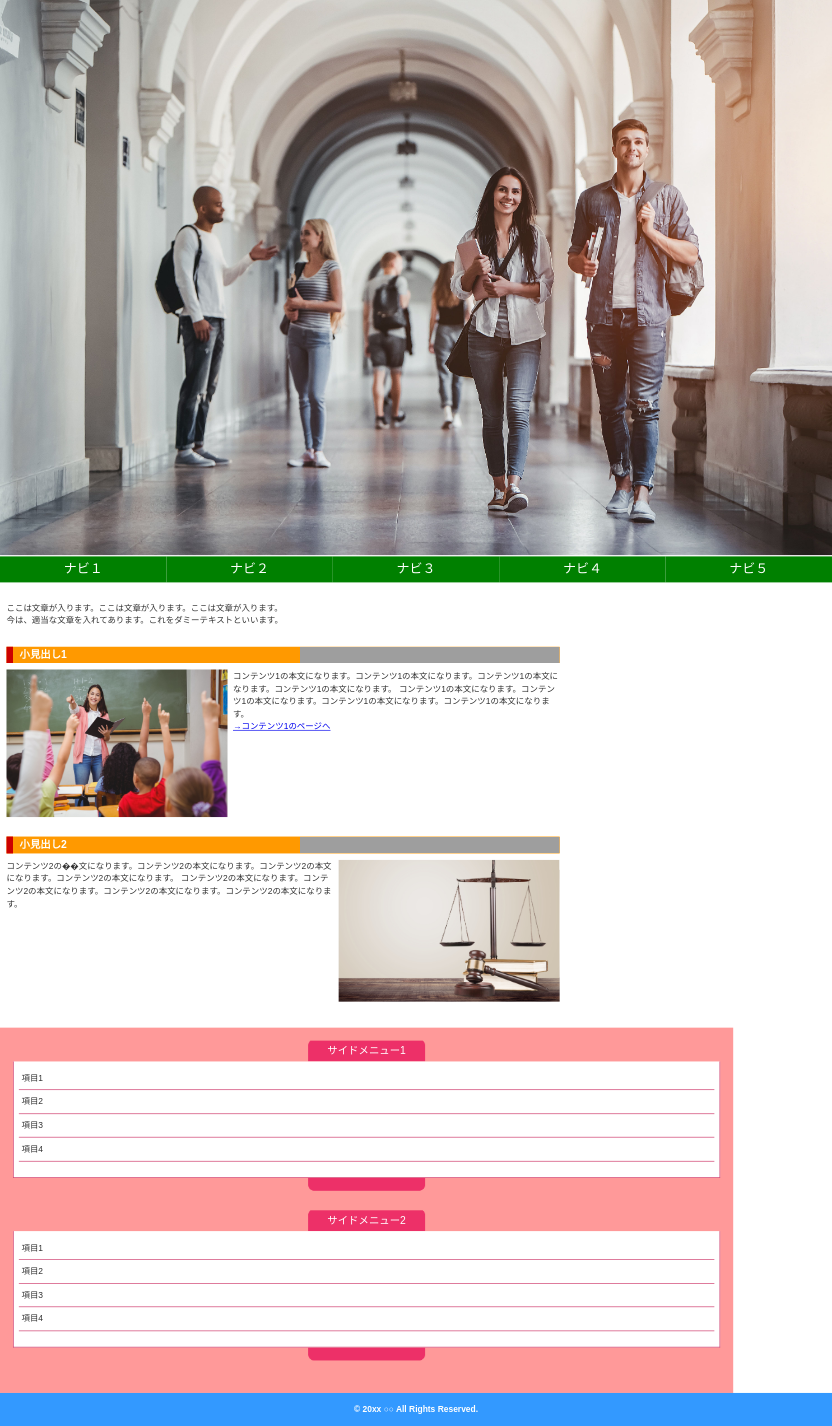
Repository: dontakumi1214/samurai_HTML-CSS
Page: home.html
The author's editor kept a record of every edit. The page is drawn from the files as they stood at one moment, then again after the next edit.
The browser window is 1280 px wide. The pictures show the whole page, at 65% of full size.
Pictures or frames that could not be fetched are drawn as grey boxes.

Above is the page before.

### home.html
<!DOCTYPE html>
<html lang="ja">
    <head>
        <meta charset="UTF-8">
        <title>HTML/CSSの学習</title>
        <link rel="stylesheet" href="stylesheet.css">
    </head>
    <body>
        <div id="header">
            <h1><a href="index.html"><img id="corridor" src="images/corridor.jpg" alt="大学の廊下" /></a></h1>
        </div>
        <div id="wrapper">
            <div id="nav">
                <ul>
                    <li><a href="home.html">ナビ１</a></li>
                    <li><a href="#">ナビ２</a></li>
                    <li><a href="#">ナビ３</a></li>
                    <li><a href="#">ナビ４</a></li>
                    <li><a href="#">ナビ５</a></li>
                </ul>
            </div>
              <div id="container">
                <div id="main">
                    <div class="post">
                        <p>ここは文章が入ります。ここは文章が入ります。ここは文章が入ります。<br />今は、適当な文章を入れてあります。これをダミーテキストといいます。</p>
                    </div>
                    <div class="post clearfix">
                        <h2>小見出し1</h2>
                        <img class="left" src="images/classroom.jpeg" alt="授業風景" />
                        <p>
                            コンテンツ1の本文になります。コンテンツ1の本文になります。コンテンツ1の本文になります。コンテンツ1の本文になります。
                            コンテンツ1の本文になります。コンテンツ1の本文になります。コンテンツ1の本文になります。コンテンツ1の本文になります。
                        </p>
                        <p><a href="#">→コンテンツ1のページへ</a></p>
                    </div>
                    <div class="post clearfix">
                        <h2>小見出し2</h2>
                        <img class="right" src="images/scale.jpg" alt="天秤" />
                        <p>
                            コンテンツ2の��文になります。コンテンツ2の本文になります。コンテンツ2の本文になります。コンテンツ2の本文になります。
                            コンテンツ2の本文になります。コンテンツ2の本文になります。コンテンツ2の本文になります。コンテンツ2の本文になります。
                        </p>
                    </div>
                </div>
            </div>
              <div id="side">
                <div class="box">
                    <h2>サイドメニュー1</h2>
                    <div class="boxBody">
                        <ul>
                            <li>項目1</li>
                            <li>項目2</li>
                            <li>項目3</li>
                            <li>項目4</li>
                        </ul>
                    </div>
                </div>
                <div class="box">
                    <h2>サイドメニュー2</h2>
                    <div class="boxBody">
                        <ul>
                            <li>項目1</li>
                            <li>項目2</li>
                            <li>項目3</li>
                            <li>項目4</li>
                        </ul>
                    </div>
                </div>
            </div>
        </div>
          <div id="footer">
              <p>&copy; 20xx ○○ All Rights Reserved.</p>
          </div>
    </body>
</html>

### stylesheet.css
@charset "utf-8";

body {
	margin: 0;
	padding: 0;
	font-family: "ヒラギノ角ゴ Pro W3", "Hiragino Kaku Gothic Pro", "メイリオ", Meiryo, Osaka, "ＭＳ Ｐゴシック", "MS PGothic", sans-serif;
	color: #333;
	font-size: 13px;
	line-height: 150%;
}

/* -------------------- wrapper -------------------- */
#wrapper {
	width: 100%;
	margin: auto;
	padding: 0px;
	border: 0px;
	background-color: #FFF;
	top: 10px;
}

/* -------------------- header -------------------- */
#header {
	width: 100%;
}
#header h1 {
	margin: 0;
	padding: 0;
}

#corridor {
	width: 100%;
	height: auto;
}

/* -------------------- footer -------------------- */
#footer {
	clear: both;
	width: 100%;
	padding: 3px 0 3px 0;
	background: #39F;
	color: #FFF;
	font-weight: bold;
	text-align: center;
}

/* -------------------- nav -------------------- */
#nav {
	width: 100%;
}
#nav ul {
	display: flex;
	margin: 0;
	padding: 0;
	list-style-type: none;
}
#nav ul li {
	width: 20%;
	text-align: center;
}
#nav ul li a {
	display: block;
	height: 20px;
	margin: 0;
	padding: 10px;
	color: #FFF;
	font-size: 20px;
	text-decoration: none;
	background-color: green;
}

#nav ul li a:hover {
	filter: drop-shadow(10px 10px 10px black);
}

/* -------------------- container -------------------- */
#container {
	width: 100%;
	margin: auto ;
	padding: auto;
	padding-top: 20px;
	clear: both;
	display: grid;
	grid-template-columns: 70vw 30vw;
}
/* -------------------- main -------------------- */
#main {
	width: 95%;
	padding: 10px 30px 10px 10px;
}
#main h2 {
	margin: 0 0 10px 0;
	padding: 3px 10px 3px 10px;
	color: #FFF;
	font-size: 16px;
	border-left: solid 10px #C00;
	background: #F90 url(../images/main_h2.jpg) right top repeat-y;
}
#main p {
	margin: 0;
	padding: 0;
}
#main .post {
	margin: 0 0 30px 0;
}

#main .post img.right {
	margin: 0 0 0 8px;
}
#main .post img.left {
	margin: 0 8px 0 0;
}

.right {
	float: right;
	width: 40%;
	height: auto;
}
.left {
	float: left;
	width: 40%;
	height: auto;
}

/* -------------------- clearfix -------------------- */
.clearfix {
	zoom: 1;
}
.clearfix:after{
	content: "";
	display: block;
	clear: both;
}

/* -------------------- side -------------------- */
#side {
	width: 85%;
	padding: 20px;
	background-color: #F99;
}
#side .box {
	margin: 0 auto 30px auto;
	padding: 0 0 20px 0;
	background: url(images/side_box.png) bottom no-repeat;
}
#side .box h2 {
	margin: 0;
	padding: 8px;
	text-align: center;
	color: #fff;
	font-size: 16px;
	line-height: 16px;
	font-weight: normal;
	background: url(images/side_box_h2.png) center no-repeat;
}
#side .box .boxBody {
	padding: 8px;
	border-right: solid 1px #C36;
	border-bottom: solid 1px #C36;
	border-left: solid 1px #C36;
	background: #fff;
}
#side .box .boxBody ul {
	margin: 0 0 16px 0;
	padding: 0;
}
#side .box .boxBody ul li {
	padding: 8px 0 8px 4px;
	list-style: none;
	border-bottom: solid 1px #C36;
}

#side .box .boxBody ul li:hover {
	padding: 8px 0 8px 4px;
	list-style: none;
	border-bottom: solid 1px #C36;
	box-shadow: 0px 4px 4px rgba(0, 0, 0, 0.3);
}

After the next edit:
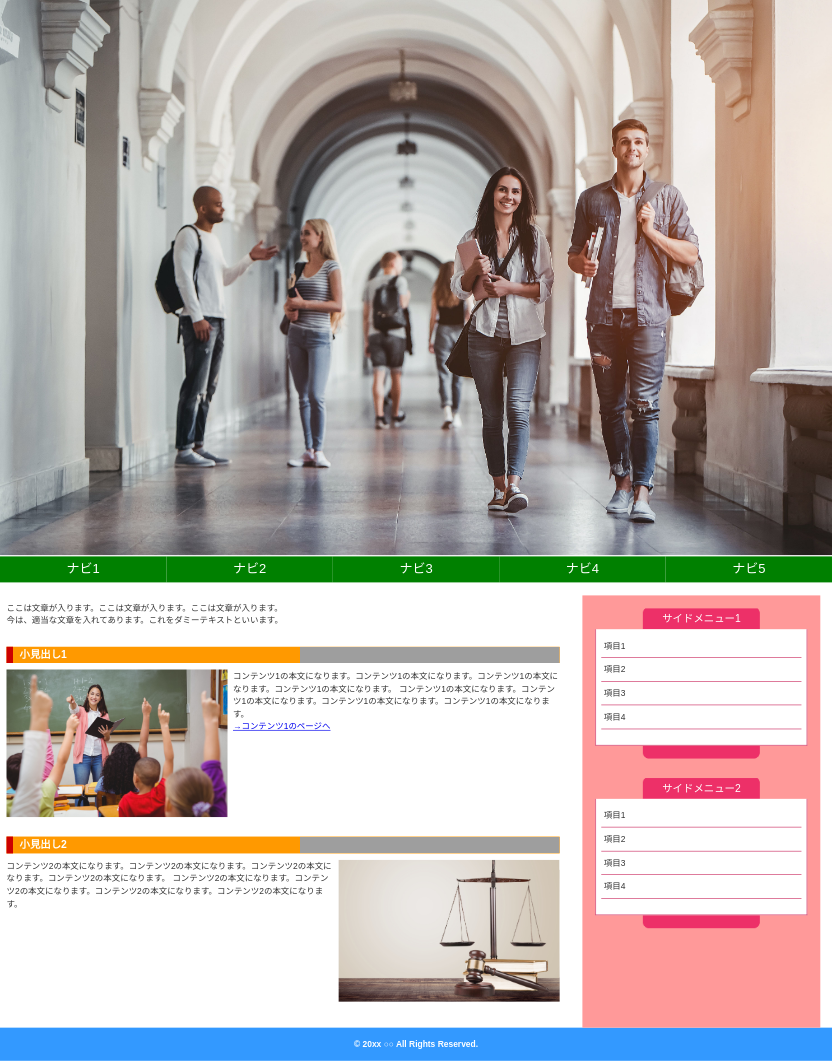
The edit:
--- a/home.html
+++ b/home.html
@@ -12,14 +12,14 @@
         <div id="wrapper">
             <div id="nav">
                 <ul>
-                    <li><a href="home.html">ナビ１</a></li>
-                    <li><a href="#">ナビ２</a></li>
-                    <li><a href="#">ナビ３</a></li>
-                    <li><a href="#">ナビ４</a></li>
-                    <li><a href="#">ナビ５</a></li>
+                    <li><a href="home.html">ナビ1</a></li>
+                    <li><a href="#">ナビ2</a></li>
+                    <li><a href="#">ナビ3</a></li>
+                    <li><a href="#">ナビ4</a></li>
+                    <li><a href="#">ナビ5</a></li>
                 </ul>
             </div>
-              <div id="container">
+            <div id="container">
                 <div id="main">
                     <div class="post">
                         <p>ここは文章が入ります。ここは文章が入ります。ここは文章が入ります。<br />今は、適当な文章を入れてあります。これをダミーテキストといいます。</p>
@@ -37,39 +37,39 @@
                         <h2>小見出し2</h2>
                         <img class="right" src="images/scale.jpg" alt="天秤" />
                         <p>
-                            コンテンツ2の��文になります。コンテンツ2の本文になります。コンテンツ2の本文になります。コンテンツ2の本文になります。
+                            コンテンツ2の本文になります。コンテンツ2の本文になります。コンテンツ2の本文になります。コンテンツ2の本文になります。
                             コンテンツ2の本文になります。コンテンツ2の本文になります。コンテンツ2の本文になります。コンテンツ2の本文になります。
                         </p>
                     </div>
                 </div>
-            </div>
-              <div id="side">
-                <div class="box">
-                    <h2>サイドメニュー1</h2>
-                    <div class="boxBody">
-                        <ul>
-                            <li>項目1</li>
-                            <li>項目2</li>
-                            <li>項目3</li>
-                            <li>項目4</li>
-                        </ul>
+                <div id="side">
+                    <div class="box">
+                        <h2>サイドメニュー1</h2>
+                        <div class="boxBody">
+                            <ul>
+                                <li>項目1</li>
+                                <li>項目2</li>
+                                <li>項目3</li>
+                                <li>項目4</li>
+                            </ul>
+                        </div>
                     </div>
-                </div>
-                <div class="box">
-                    <h2>サイドメニュー2</h2>
-                    <div class="boxBody">
-                        <ul>
-                            <li>項目1</li>
-                            <li>項目2</li>
-                            <li>項目3</li>
-                            <li>項目4</li>
-                        </ul>
+                    <div class="box">
+                        <h2>サイドメニュー2</h2>
+                        <div class="boxBody">
+                            <ul>
+                                <li>項目1</li>
+                                <li>項目2</li>
+                                <li>項目3</li>
+                                <li>項目4</li>
+                            </ul>
+                        </div>
                     </div>
                 </div>
             </div>
         </div>
-          <div id="footer">
-              <p>&copy; 20xx ○○ All Rights Reserved.</p>
-          </div>
+        <div id="footer">
+            <p>&copy; 20xx ○○ All Rights Reserved.</p>
+        </div>
     </body>
 </html>
